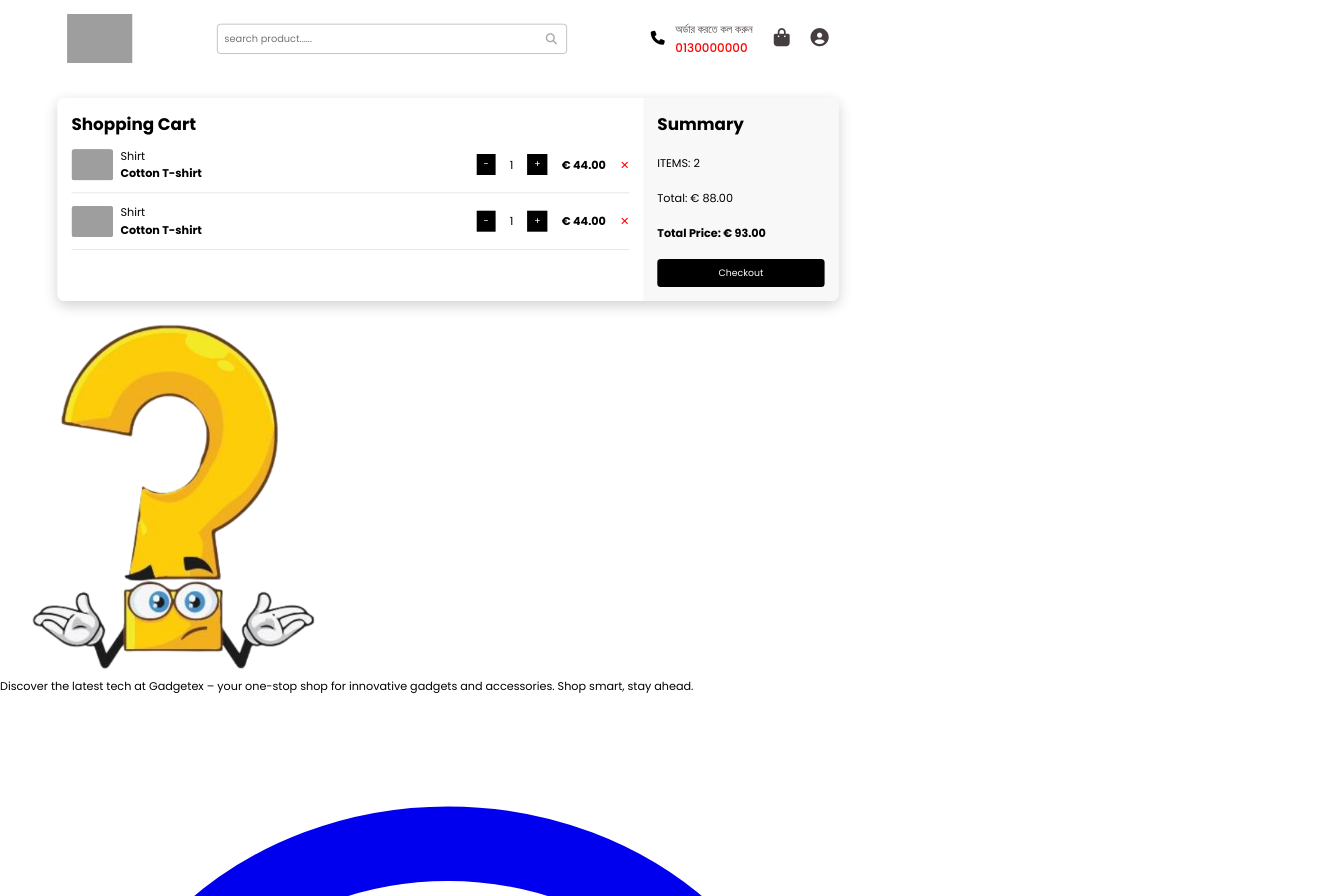
Repository: saifscripts/accessories-mart
Page: /cart
An editor plug-in stored every save of this project. The page is shown before and after the next save, followed by the edit.
The browser window is 1280 px wide. The page is 3000 px wide, so the pictures cover 1920 px, including what lies to the right of the window. The pictures show the part of the page from y = 0 to 1280 px (the page is 7602 px tall), at 70% of full size.
Pictures or frames that could not be fetched are drawn as grey boxes. The page's requests for data from a server got no answer. The project was rebuilt for these pictures with package versions that can differ from the ones it lists, and the page was loaded fresh each time. No one was signed in, and anything a server would have sent is missing. Also part of the build but not shown: vite.config.js, src/App.jsx, src/components/Hero.jsx, src/components/Products.jsx, src/components/Loader.jsx, src/components/ProductSection.jsx, src/components/ProductsByClass.jsx, src/pages/Home.jsx and 2 more. Imported but missing from the stored project, and not drawn on this page: src/context/CartContext.

Above is the page before, as saved 2025-03-17 02:08:41.

### index.html
<!doctype html>
<html lang="en">

<head>
  <meta charset="UTF-8" />
  <link rel="icon" type="image/svg+xml" href="logo.png" />
  <meta name="viewport" content="width=device-width, initial-scale=1.0" />
  <title>ভাই দাম কত ?</title>
  <!-- Carousel -->
  <link rel="stylesheet" href="https://cdnjs.cloudflare.com/ajax/libs/OwlCarousel2/2.3.4/assets/owl.carousel.min.css"
    integrity="sha512-tS3S5qG0BlhnQROyJXvNjeEM4UpMXHrQfTGmbQ1gKmelCxlSEBUaxhRBj/EFTzpbP4RVSrpEikbmdJobCvhE3g=="
    crossorigin="anonymous" referrerpolicy="no-referrer" />
  <link rel="stylesheet"
    href="https://cdnjs.cloudflare.com/ajax/libs/OwlCarousel2/2.3.4/assets/owl.theme.default.min.css"
    integrity="sha512-sMXtMNL1zRzolHYKEujM2AqCLUR9F2C4/05cdbxjjLSRvMQIciEPCQZo++nk7go3BtSuK9kfa/s+a4f4i5pLkw=="
    crossorigin="anonymous" referrerpolicy="no-referrer" />
  <!-- === font-awesome icon CDN === -->
  <link rel="stylesheet" href="https://cdnjs.cloudflare.com/ajax/libs/font-awesome/6.7.2/css/all.min.css"
    integrity="sha512-Evv84Mr4kqVGRNSgIGL/F/aIDqQb7xQ2vcrdIwxfjThSH8CSR7PBEakCr51Ck+w+/U6swU2Im1vVX0SVk9ABhg=="
    crossorigin="anonymous" referrerpolicy="no-referrer" />
</head>

<body>
  <div id="root"></div>
  <script type="module" src="/src/main.jsx"></script>
  <!-- =======Jquery ======== -->
  <script src="https://cdnjs.cloudflare.com/ajax/libs/jquery/3.7.1/jquery.min.js"
    integrity="sha512-v2CJ7UaYy4JwqLDIrZUI/4hqeoQieOmAZNXBeQyjo21dadnwR+8ZaIJVT8EE2iyI61OV8e6M8PP2/4hpQINQ/g=="
    crossorigin="anonymous" referrerpolicy="no-referrer"></script>

</body>

</html>

### src/main.jsx
import { StrictMode } from 'react'
import { createRoot } from 'react-dom/client'
import './index.css'
import App from './App.jsx'
import {
  createBrowserRouter,
  RouterProvider,
} from "react-router-dom";
import Home from './pages/Home.jsx';
import Single from './pages/Single.jsx';
import MainLayout from './layout/MainLayout.jsx';
import ScrollToTop from './components/ScrollToTop.jsx';
import Cart from './pages/Cart.jsx';
import { Toaster } from 'react-hot-toast';

const router = createBrowserRouter([
  {
    path: "/",
    element: <MainLayout />,
    children: [
      {
        path: "/",
        element: <Home />,
      },
      {
        path: "/single/:id",
        element: <Single />,
      },
      {
        path: "/cart",
        element: <Cart />,
      }
    ]
  },
]);

createRoot(document.getElementById('root')).render(
  <StrictMode>
    <RouterProvider router={router} />
    <Toaster />
  </StrictMode>,
)

### src/layout/MainLayout.jsx
import React from 'react';
import Header from '../components/Header';
import { Outlet } from 'react-router-dom';
import MainFooter from '../components/MainFooter';
import ScrollToTop from '../components/ScrollToTop';

const MainLayout = () => {
    return (
        <div>
            <Header />
            <ScrollToTop />
            <Outlet />
            <MainFooter />
        </div>
    );
};

export default MainLayout;

### src/pages/Cart.jsx
import React from 'react';

const Cart = () => {
    return (
        <div class="cart-section">
            <div class="container">
                <div class="column">
                    <h2>Shopping Cart</h2>
                    <div class="cart-item">
                        <img src="https://i.imgur.com/1GrakTl.jpg" alt="T-shirt" />
                        <div class="item-details">
                            <p class="item-category">Shirt</p>
                            <p class="item-name">Cotton T-shirt</p>
                        </div>
                        <div class="quantity">
                            <button>-</button>
                            <span>1</span>
                            <button>+</button>
                        </div>
                        <p class="price">&euro; 44.00</p>
                        <span class="remove">&#10005;</span>
                    </div>
                    <div class="cart-item">
                        <img src="https://i.imgur.com/ba3tvGm.jpg" alt="T-shirt" />
                        <div class="item-details">
                            <p class="item-category">Shirt</p>
                            <p class="item-name">Cotton T-shirt</p>
                        </div>
                        <div class="quantity">
                            <button>-</button>
                            <span>1</span>
                            <button>+</button>
                        </div>
                        <p class="price">&euro; 44.00</p>
                        <span class="remove">&#10005;</span>
                    </div>
                </div>

                <div class="column button-cart">
                    <h2>Summary</h2><br />
                    <p>ITEMS: 2</p> <br />
                    <p>Total: &euro; 88.00</p> <br />
                    {/* <label for="shipping">Shipping:</label>
                    <select id="shipping">
                        <option>Standard - &euro;5.00</option>
                    </select>
                    <input type="text" placeholder="Enter your code" /> */}
                    <p><strong>Total Price: &euro; 93.00</strong></p> <br />
                    <button>Checkout</button>
                </div>
            </div>
        </div>
    );
};

export default Cart;

### src/components/Header.jsx
import React from 'react';
import { Link } from 'react-router-dom';

const Header = () => {
    return (
        <div>
            <header>
                <div className="ar-headerContainer">
                    <div className="ar-headerLogo">
                        <Link href="/">
                             <img src="https://kanerdul.com/public/66dee4efb04ac.jpg" alt="header-logo" />
                        </Link>
                    </div>
                    <div className="ar-Search">
                        <input type="search" placeholder="search product......" />
                        <div className="ar-search-icon"><a href=""><i className="fa-solid fa-magnifying-glass"></i></a></div>
                    </div>

                    <div className="ar-contact">
                        <div className="contactPhone">
                            <div className="ar-contactIcon">
                                <i className="fa-solid fa-phone"></i>
                            </div>
                            <div className="ar-contact-container">
                                <p>
                                    অর্ডার করতে কল করুন
                                </p>
                                <span> 0130000000</span>
                            </div>
                        </div>
                        <div className="ar-cart">
                            <i className="fa-solid fa-bag-shopping"></i>
                        </div>
                        <div className="ar-cart">
                            <a href="account-page.html"><i className="fa-solid fa-circle-user"></i></a>
                        </div>
                    </div>

                </div>
            </header>
        </div>
    );
};

export default Header;

### src/components/MainFooter.jsx
/* eslint-disable react-hooks/exhaustive-deps */
/* eslint-disable no-unused-vars */
import React, { useEffect, useState } from "react";
import bkash from "/bkash.svg";
import nagad from "/nagad.png";
import rocket from "/rocket.png";
import whatsapp from "/WhatsApp.svg.webp";
import americanexpress from "/americanexpress.png";
import { Link } from "react-router-dom";
import { FaFacebookF, FaPhoneAlt, FaWhatsapp } from "react-icons/fa";
import { IoLogoWhatsapp } from "react-icons/io";

const MainFooter = () => {
  // const [menuopen, setMenuOpen] = useState(false);

  const [data, setData] = useState([]);
  const [loading, setLoading] = useState(true);
  const BASE_URL = import.meta.env.VITE_API_BASE_URL;

  // Fetch data
  const loadData = async () => {
    try {
      const response = await fetch(`${BASE_URL}/products/categories`);
      const result = await response.json();
      setData(result);
    } catch (error) {
      console.error("Error fetching data:", error);
    } finally {
      setLoading(false);
    }
  };

  useEffect(() => {
    loadData();
  }, []);

  return (
    <section class="py-10 bg-black sm:pt-16 lg:pt-16 mt-20">
      <div class="px-4 mx-auto sm:px-6 lg:px-8 max-w-7xl">
        <div class="grid grid-cols-2 md:grid-cols-4 lg:grid-cols-8 gap-y-12 gap-x-8 xl:gap-x-12">
          <div class="col-span-2 md:col-span-4 xl:pr-8">
            <Link to="/"><img class="w-auto h-14" src="/logo.png" alt="" /></Link>

            <p class="text-base leading-relaxed text-gray-200 mt-7">
              Discover the latest tech at Gadgetex – your one-stop shop for
              innovative gadgets and accessories. Shop smart, stay ahead.
            </p>

            <Link
              to="https://web.facebook.com/messages/t/116061797769426/"
              target="_blank"
              class="inline-flex items-center justify-center px-6 py-4 font-semibold text-white transition-all duration-200 bg-blue-600 rounded-md hover:bg-blue-700 focus:bg-blue-700 mt-7"
            >
              <svg
                class="w-6 h-6"
                xmlns="http://www.w3.org/2000/svg"
                fill="none"
                viewBox="0 0 24 24"
                stroke="currentColor"
              >
                <path
                  stroke-linecap="round"
                  stroke-linejoin="round"
                  stroke-width="2"
                  d="M8 12h.01M12 12h.01M16 12h.01M21 12c0 4.418-4.03 8-9 8a9.863 9.863 0 01-4.255-.949L3 20l1.395-3.72C3.512 15.042 3 13.574 3 12c0-4.418 4.03-8 9-8s9 3.582 9 8z"
                />
              </svg>
              Start Live Chat
            </Link>
          </div>

          <div class="lg:col-span-2">
            <p class="text-md font-semibold text-gray-100">Categories</p>

            <ul class="mt-6 space-y-2">
              {data[0]?.slice(0, 5).map((item) => (
                <li key={item.id}>
                  <Link
                    className="flex text-sm font-semibold text-gray-200 transition-all duration-200 hover:text-green-600 focus:text-orange-600"
                    style={{ textTransform: "capitalize" }}
                    to={`/category/${item.name}`}
                  >
                    {item.name}
                  </Link>
                </li>
              ))}
            </ul>
          </div>

          <div class="lg:col-span-2">
            <p class="text-md font-semibold text-gray-100">Contact</p>

            <ul class="mt-6 space-y-2">
              <li>
                <a
                  href="tel:+8801851003265"
                  target="_blank"
                  class="flex items-center gap-2  text-sm font-semibold text-gray-200 transition-all duration-200 hover:text-green-600 focus:text-orange-600"
                >
                  <FaPhoneAlt /> +880 1851003265
                </a>
              </li>
              <li>
                <a
                  href="https://web.facebook.com/vai.dam.koto"
                  target="_blank"
                  class="flex items-center gap-2  text-sm font-semibold text-gray-200 transition-all duration-200 hover:text-green-600 focus:text-orange-600"
                >
                  <FaFacebookF className="text-blue-600" size={15} /> Facebook
                </a>
              </li>
              <li>
                <a
                  href="https://wa.me/+8801851003265"
                  target="_blank"
                  class="flex items-center gap-2  text-sm font-semibold text-gray-200 transition-all duration-200 hover:text-green-600 focus:text-orange-600"
                >
                  {" "}
                  <IoLogoWhatsapp className="text-green-600" size={15} />
                  WhatsApp{" "}
                </a>
              </li>
            </ul>
          </div>
        </div>

        <div class="lg:col-span-2 lg:-mt-16 mt-10">
          <ul class="flex justify-center lg:justify-end items-stretch gap-6 ">
            <li className="border-1 border-gray-300 bg-white cursor-pointer rounded flex justify-between items-start p-1">
              <img src={bkash} className="w-10 h-8" alt="" />
            </li>

            <li className="border-1 border-gray-300 bg-white cursor-pointer rounded flex justify-between items-start p-1">
              <img src={nagad} className="w-10 h-8" alt="" />
            </li>

            <li className="border-1 border-gray-300 bg-white cursor-pointer rounded flex justify-between items-start p-1">
              <img src={rocket} className="w-10 h-8" alt="" />
            </li>

            <li className="border-1 border-gray-300 bg-white cursor-pointer rounded flex justify-between items-start p-1">
              <img src={americanexpress} className="w-10 h-8" alt="" />
            </li>
          </ul>
        </div>
        <hr class="mt-16 mb-10 border-gray-200" />

        <div class="sm:flex sm:items-center justify-center">
          <p class="text-sm text-gray-300">
            © Copyright 2021, All Rights Reserved by Vai Dam Koto
          </p>
        </div>
      </div>
      <div className="fixed bottom-4 right-4 z-50">
        <Link to={"https://wa.me/+8801851003265"} target="_blank">
          {" "}
          <img src={whatsapp} className="w-18" alt="" />
        </Link>
      </div>
    </section>
  );
};

export default MainFooter;

Loaded but not shown: src/components/ScrollToTop.jsx (common file); src/index.css (1147 lines, source omitted); src/App.css (no stored copy; drawn as an empty file)

After the next save:
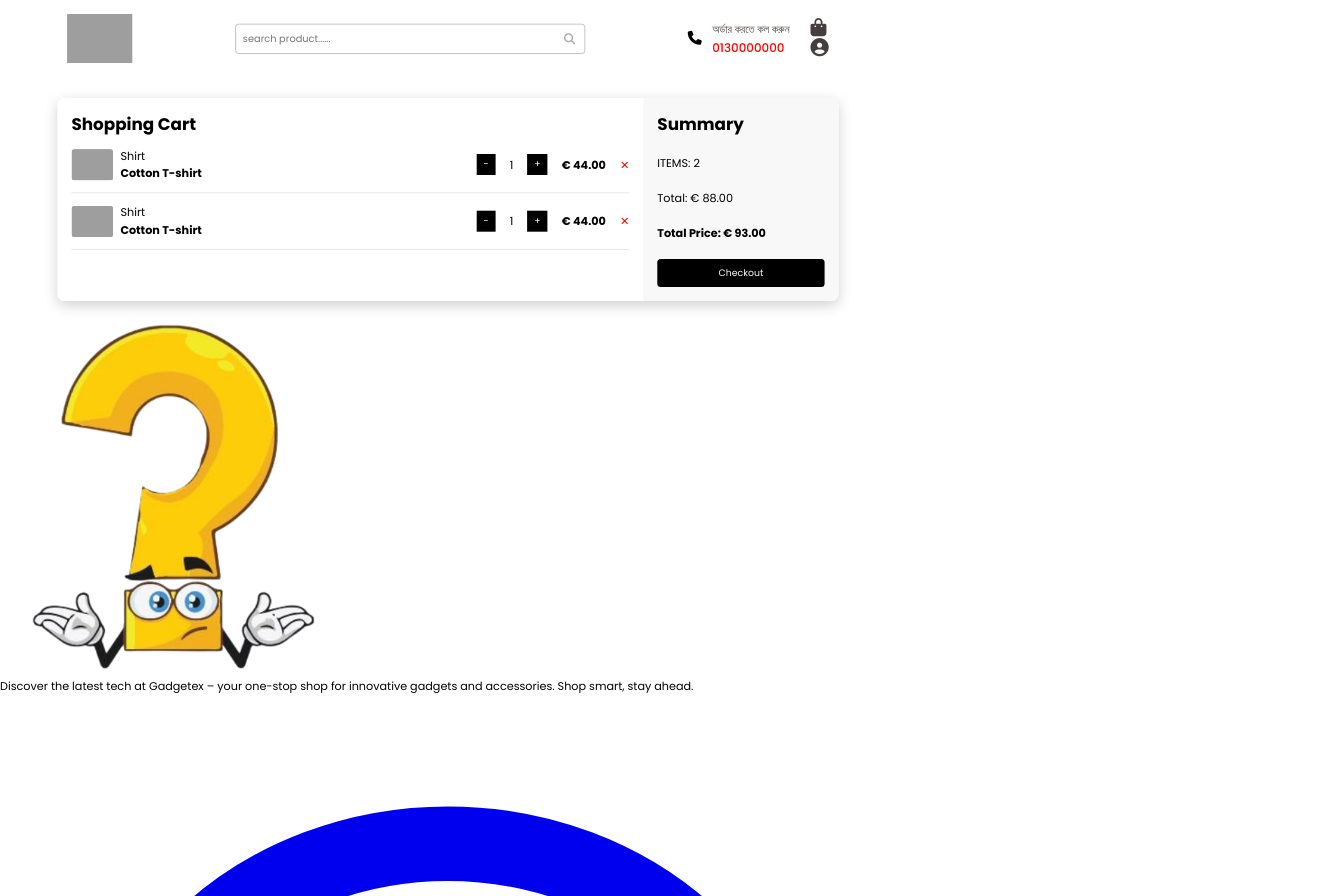
Saved 3 min 8 s later.
--- a/src/components/Header.jsx
+++ b/src/components/Header.jsx
@@ -1,7 +1,16 @@
-import React from 'react';
+import React, { useEffect, useState } from 'react';
 import { Link } from 'react-router-dom';
 
 const Header = () => {
+    const [cartCount, setCartCount] = useState(0);
+
+  // Retrieve the cart count from localStorage when the component mounts
+  useEffect(() => {
+    const storedCartCount = localStorage.getItem('cartItemCount');
+    if (storedCartCount) {
+      setCartCount(Number(storedCartCount));
+    }
+  }, []);
     return (
         <div>
             <header>
@@ -28,12 +37,17 @@ const Header = () => {
                                 <span> 0130000000</span>
                             </div>
                         </div>
-                        <div className="ar-cart">
-                            <i className="fa-solid fa-bag-shopping"></i>
-                        </div>
-                        <div className="ar-cart">
-                            <a href="account-page.html"><i className="fa-solid fa-circle-user"></i></a>
-                        </div>
+                        <div className="cart-container">
+      <div className="ar-cart">
+        <i className="fa-solid fa-bag-shopping"></i>
+        {cartCount > 0 && <span className="cart-count">{cartCount}</span>}
+      </div>
+      <div className="ar-cart">
+        <a href="account-page.html">
+          <i className="fa-solid fa-circle-user"></i>
+        </a>
+      </div>
+    </div>
                     </div>
 
                 </div>
